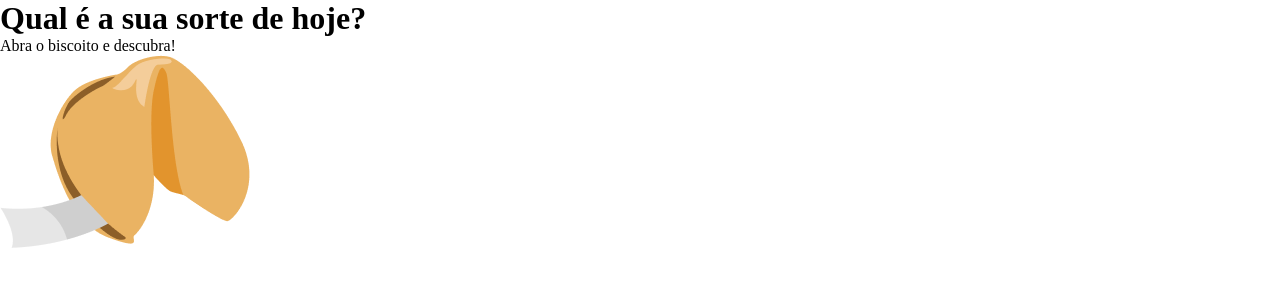
Repository: caueenrico/cookieCoach
Page: index.html
An editor plug-in stored every save of this project. The page is shown before and after a run of saves, followed by the edit.
The browser window is 1280 px wide. The pictures show the whole page.

Above is the page before, as saved 2023-06-27 15:54:03.

After the next 4 saves:
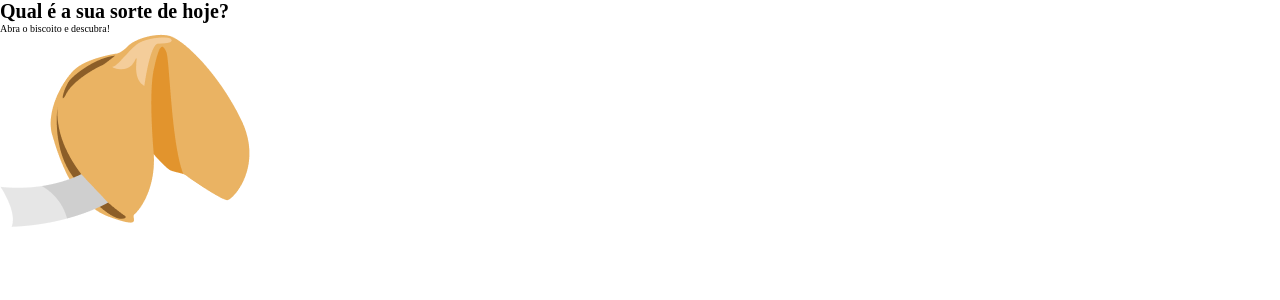
The 4 saves are shown as one change because they came seconds apart.
The last was saved 11 s later.
--- a/style.css
+++ b/style.css
@@ -5,5 +5,6 @@
 }
 
 :root{
-  font-size: ;
+  font-size: 62.5%;
+  fon
 }
